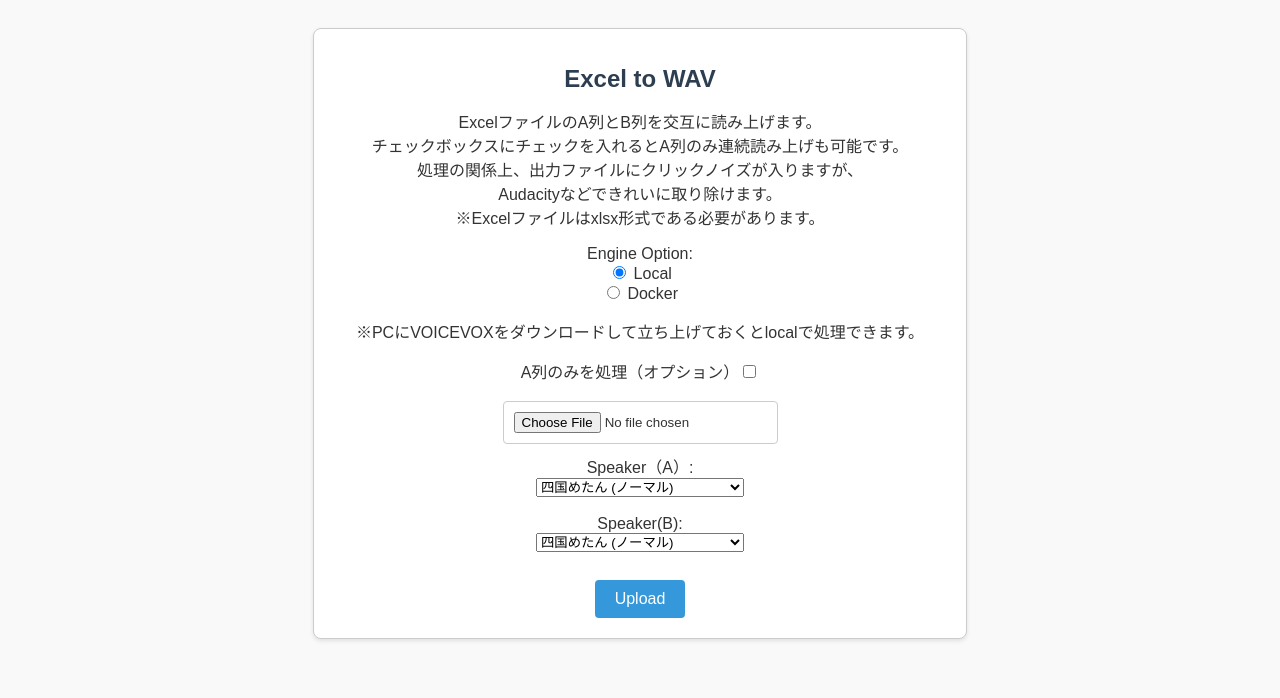
Repository: limonene213u/Excel-to-VOICE
Page: http://localhost/
These files come from the project's save history. The page is drawn as it stood at one moment and after the next save; the edit follows.
The browser window is 1280 px wide. The pictures show the whole page.
The page is served by the project's application, run on Flask 3 (volume/app.py).

Above is the page before, as saved 2023-10-11 10:49:09.

After the next save:
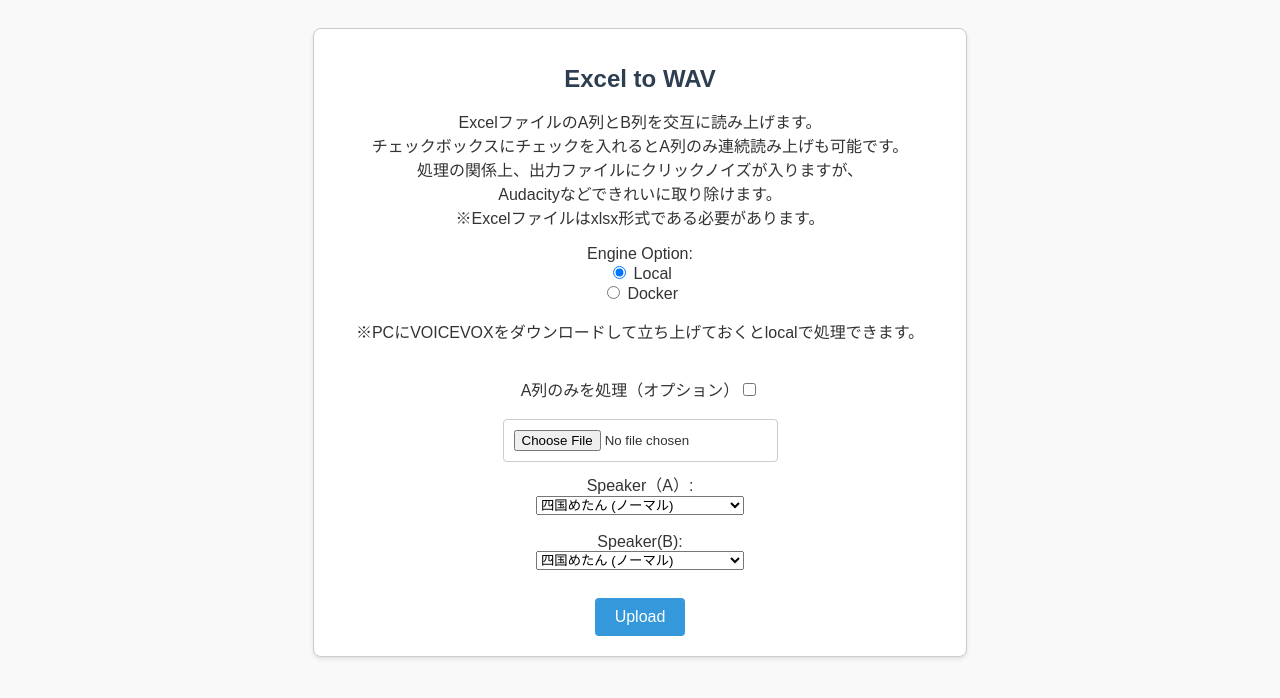
Saved 14 s later.
--- a/volume/templates/index.html
+++ b/volume/templates/index.html
@@ -61,7 +61,7 @@
         <label for="local-engine">Local</label><br>
         <input type="radio" id="docker-engine" name="engine-option" value="docker">
         <label for="docker-engine">Docker</label><br>
-        <p style="text-align: center;">※PCにVOICEVOXをダウンロードして立ち上げておくとlocalで処理できます。</p>
+        <p style="text-align: center;">※PCにVOICEVOXをダウンロードして立ち上げておくとlocalで処理できます。</p><br>
         <label for="single_column">A列のみを処理（オプション）</label><input type="checkbox" name="single_column" id="single_column"><br><br>
         <input type="file" name="file" accept=".xlsx" required>
         <br>
